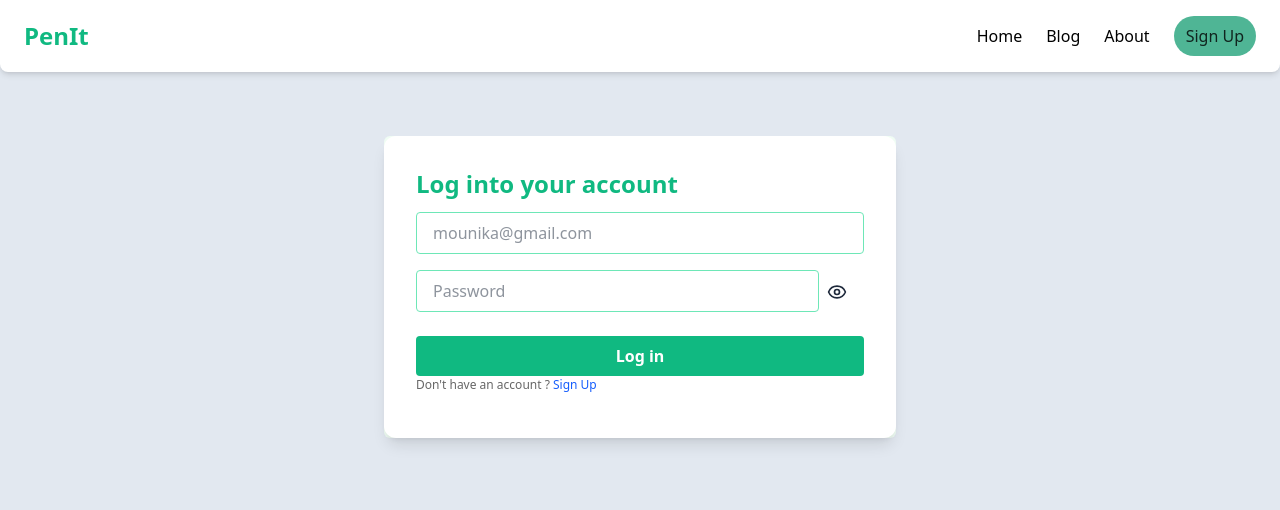
Repository: Mounika-chukkala/PenIt
Page: /signin (app in frontend/)
The author's editor kept a copy of each file at every save. The page is drawn from the files as they stood at one save, then again after the next save.
The browser window is 1280 px wide. The pictures show the whole page.
The project was rebuilt for these pictures with package versions that can differ from the ones it lists, and the page was loaded fresh each time. Also part of the build but not shown: frontend/vite.config.js, frontend/src/Pages/Signup.jsx, frontend/src/components/CreateBlog.jsx, frontend/src/Pages/AddBlog.jsx.

Above is the page before, as saved 2025-05-23 13:34:14.

### frontend/src/main.jsx
import { StrictMode } from 'react'
import { createRoot } from 'react-dom/client'
import './index.css'
import { Toaster } from 'react-hot-toast'
// import {BrowserRouter} from "react-router-dom"
import { BrowserRouter } from 'react-router-dom'
import App from './App.jsx'

createRoot(document.getElementById('root')).render(
  <StrictMode>
    <BrowserRouter>
    {/* <Toaster> */}

    <App />
    {/* </Toaster> */}
    </BrowserRouter>
  </StrictMode>,
)

### frontend/src/index.css
@import "tailwindcss";


/* :root {
  font-family: system-ui, Avenir, Helvetica, Arial, sans-serif;
  line-height: 1.5;
   font-weight: 400;

  color-scheme: light dark;
  color: rgba(255, 255, 255, 0.87);
  background-color: #242424;

  font-synthesis: none;
  text-rendering: optimizeLegibility;
  -webkit-font-smoothing: antialiased;
  -moz-osx-font-smoothing: grayscale;
}

a {
  font-weight: 500;
  color: #646cff;
  text-decoration: inherit;
}
a:hover {
  color: #535bf2;
}

body {
  margin: 0;
  display: flex;
  place-items: center;
  min-width: 320px;
  min-height: 100vh;
}

h1 {
  font-size: 3.2em;
  line-height: 1.1;
}

button {
  border-radius: 8px;
  border: 1px solid transparent;
  padding: 0.6em 1.2em;
  font-size: 1em;
  font-weight: 500;
  font-family: inherit;
  background-color: #1a1a1a;
  cursor: pointer;
  transition: border-color 0.25s;
}
button:hover {
  border-color: #646cff;
}
button:focus,
button:focus-visible {
  outline: 4px auto -webkit-focus-ring-color;
}

@media (prefers-color-scheme: light) {
  :root {
    color: #213547;
    background-color: #ffffff;
  }
  a:hover {
    color: #747bff;
  }
  button {
    background-color: #f9f9f9;
  }
} */

### frontend/src/App.jsx
import { useState } from 'react'
import { Route, Routes } from 'react-router-dom'
// import './App.css'
import Signin from './Pages/Signin'
import Signup from './Pages/Signup'
import Navbar from './components/Navbar'
// import Layout from "./Pages/Layout"
import CreateBlog from './components/CreateBlog'
import AddBlog from './Pages/AddBlog'
function App() {

  return (
    <div className="bg-slate-200 w-screen h-screen ">

  <Routes>
    <Route path="/" element={<Navbar/>}>
        <Route path="/signin" element={<Signin/>}></Route>
    <Route path="/signup" element={<Signup/>}></Route>
    <Route path="/create-blog" element={<CreateBlog/>}></Route>
        <Route path="/add-blog" element={<AddBlog/>}></Route>

    {/* <Route path="/search-blog" element={}></Route> */}
    {/* <Route path="*" element={}></Route> */}
    </Route>

  </Routes>
      </div>

  )
}

export default App

### frontend/src/Pages/Signin.jsx
import React, { useState } from 'react'
import { Eye,EyeOff } from 'lucide-react';
import { Link } from 'react-router-dom';
function Signin() {
    const [userData, setUserData] = useState({
    name: "",
    email: "",
    password: "",
  });
const [isVisible,setVisible]=useState(false)
  async function handleSubmit() {
    console.log("hello")
    let data = await fetch("http://localhost:3000/api/v1/signin", {
      method: "POST",
      body: JSON.stringify(userData),
      headers: {
        "Content-Type": "application/json",
      },
    });

    let res = await data.json();
    console.log(res)
alert(res.message)
    if(!res.success){
        toast.error(res.message);

    }
    else{
        toast.success(res.message);
        localStorage.setItem("User",JSON.stringify(res.user));
    }
  }

  return (
        <div className="max-h-screen max-w-[40%] rounded-md m-auto mt-[5%] flex bg-[#F0FDF4] text-[#1E293B]">
      {/* Left side visual placeholder
      <div className="w-1/2 flex flex-col justify-center items-center p-10 bg-gradient-to-br from-[#6EE7B7] to-[#A7F3D0]">
        <h1 className="text-4xl font-bold text-[#059669] mb-4">PenIt</h1>
        <p className="text-xl text-[#1E293B] text-center">
          Express your thoughts with style.<br /> A clean and calm blogging space.
        </p>
      </div>

      {/* Right side sign up form */}
      {/* <div className="w-1/2 flex justify-center items-center p-10"> */}
        <div className="bg-white p-8 rounded-xl shadow-lg w-full ">
          <h2 className="text-2xl font-bold mb-3 text-[#10B981]">Log into your account</h2>
          <input
            className="w-full mb-4 px-4 py-2 border border-[#6EE7B7] rounded focus:outline-none focus:ring-2 focus:ring-[#10B981]"
            type="email"
            placeholder="mounika@gmail.com"
            onChange={(e) => setUserData({ ...userData, email: e.target.value })}
          />

                            <div className="w-full flex gap-2">
                       <input
                        className="w-[90%] mb-6 px-4 py-2 border border-[#6EE7B7] rounded focus:outline-none focus:ring-2 focus:ring-[#10B981]"
                        type={isVisible?"text":"password" }
                        placeholder="Password"
                        onChange={(e) => setUserData({ ...userData, password: e.target.value })}
                      />
                       <div  className="pt-3" onClick={()=>setVisible(!isVisible)}>
             {isVisible ? <EyeOff size={20} /> : <Eye size={20} />}
                       </div>
                       </div>
          <button
            onClick={handleSubmit}
            className="w-full bg-[#10B981] hover:bg-[#059669] text-white py-2 rounded font-semibold transition duration-200"
          >
            Log in
          </button>
          <p className="text-[12px] text-black/60 mb-3">Don't have an account ? <Link to="/signup"><span className="text-blue-600">Sign Up</span></Link></p>

        </div>
      </div>
    // </div>
  )
}

export default Signin

### frontend/src/components/Navbar.jsx
import React, { useEffect, useState } from "react";
import { Link } from "react-router-dom";
import { Outlet } from "react-router-dom";
export default function Navbar() {
  const [isLogged, setLogged] = useState(false);
  const item = localStorage.getItem("User");
  useEffect(()=>{
  if (item!=null) {
    setLogged(true);
  }
},isLogged)
  return (
    <>
    <nav className="bg-white shadow-md px-6 py-4 flex justify-between items-center rounded-b-lg">
      <h1 className="text-2xl font-bold text-[#10B981]">PenIt</h1>
      <ul className="flex space-x-6 font-medium">
        <li className="hover:text-[#059669] pt-2 cursor-pointer">Home</li>
        <li className="hover:text-[#059669] pt-2 cursor-pointer">Blog</li>
        <li className="hover:text-[#059669] pt-2 cursor-pointer">About</li>
        <Link to="/signup">
        <li className="bg-[#059669]/70 rounded-3xl px-3 py-2 text-black/80 transform hover:scale-120 transition duration-300 ease-in-out  hover:text-white cursor-pointer">
{/* {isLogged?"Log out":"Sign up"} */}
    Sign Up
          </li>
        </Link>
      </ul>
    </nav>
    <Outlet/>
        </>

  );
}

Loaded but not shown: frontend/index.html (common file)

After the next save:
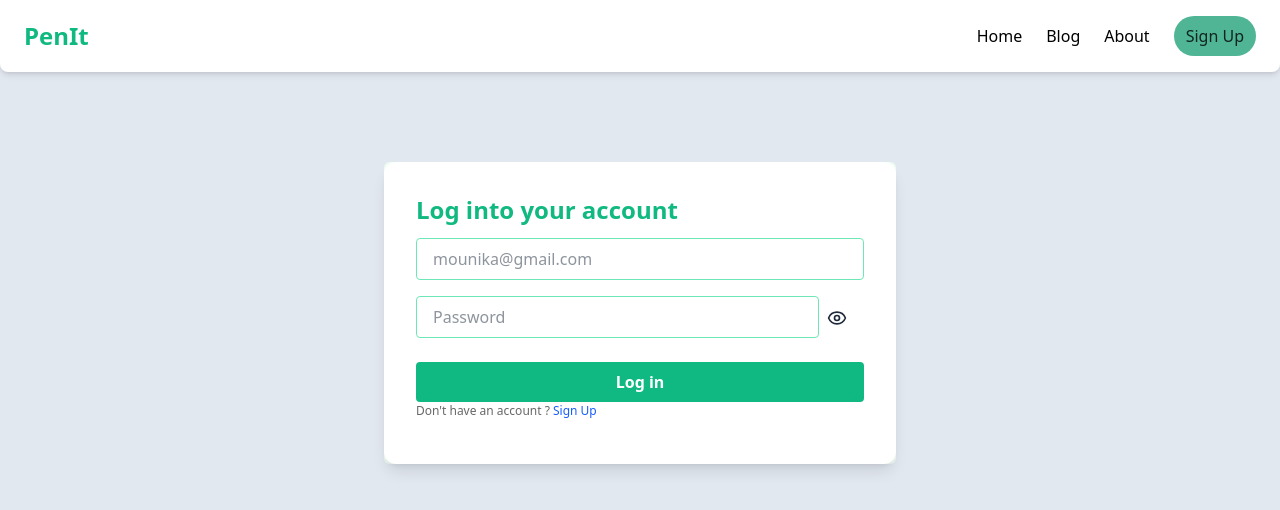
Saved 5 s later.
--- a/frontend/src/Pages/Signin.jsx
+++ b/frontend/src/Pages/Signin.jsx
@@ -32,7 +32,7 @@ alert(res.message)
   }
 
   return (
-        <div className="max-h-screen max-w-[40%] rounded-md m-auto mt-[5%] flex bg-[#F0FDF4] text-[#1E293B]">
+        <div className="max-h-screen max-w-[40%] rounded-md m-auto mt-[7%] flex bg-[#F0FDF4] text-[#1E293B]">
       {/* Left side visual placeholder
       <div className="w-1/2 flex flex-col justify-center items-center p-10 bg-gradient-to-br from-[#6EE7B7] to-[#A7F3D0]">
         <h1 className="text-4xl font-bold text-[#059669] mb-4">PenIt</h1>
